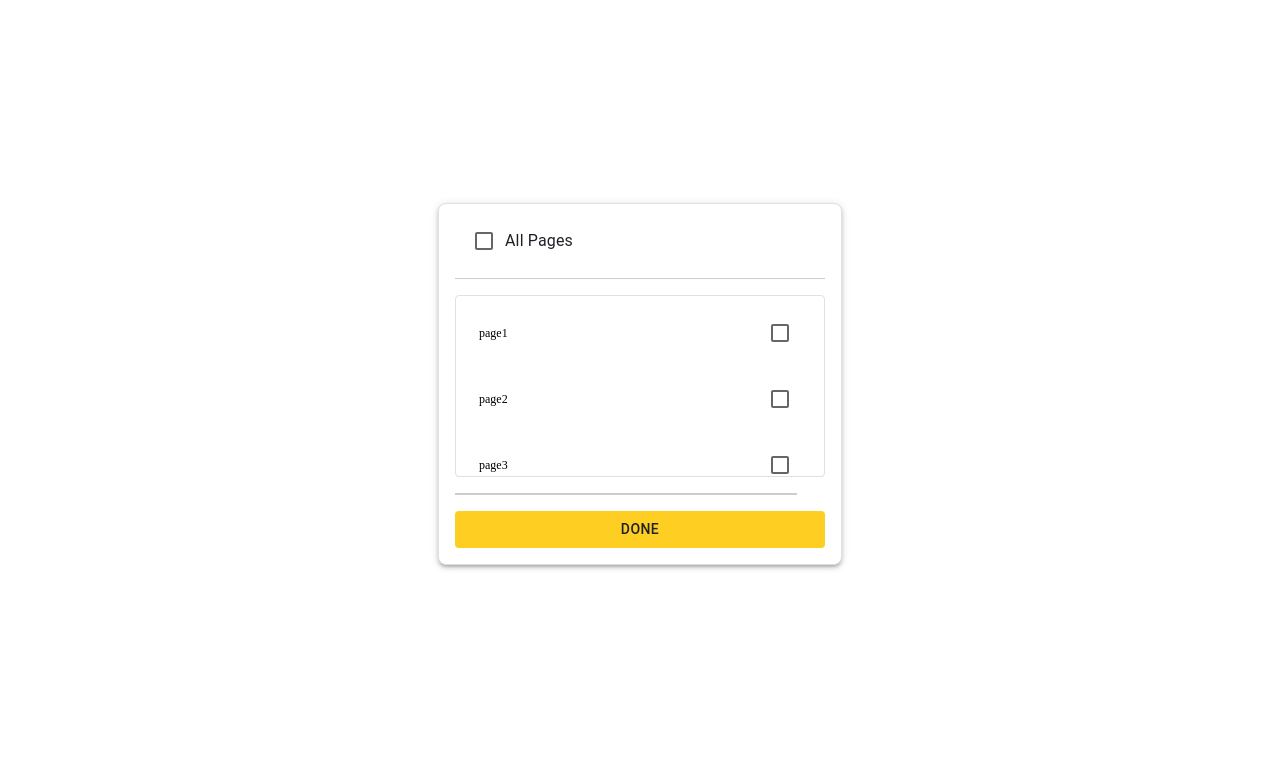
Repository: Tabishhaider72/Ellty-Test
Page: /
An editor plug-in stored every save of this project. The page is shown before and after the next save, followed by the edit.
The browser window is 1280 px wide. The pictures show the whole page.
The project was rebuilt for these pictures with package versions that can differ from the ones it lists, and the page was loaded fresh each time. Also part of the build but not shown: vite.config.js, src/index.css.

Above is the page before, as saved 2024-08-28 15:27:27.

After the next save:
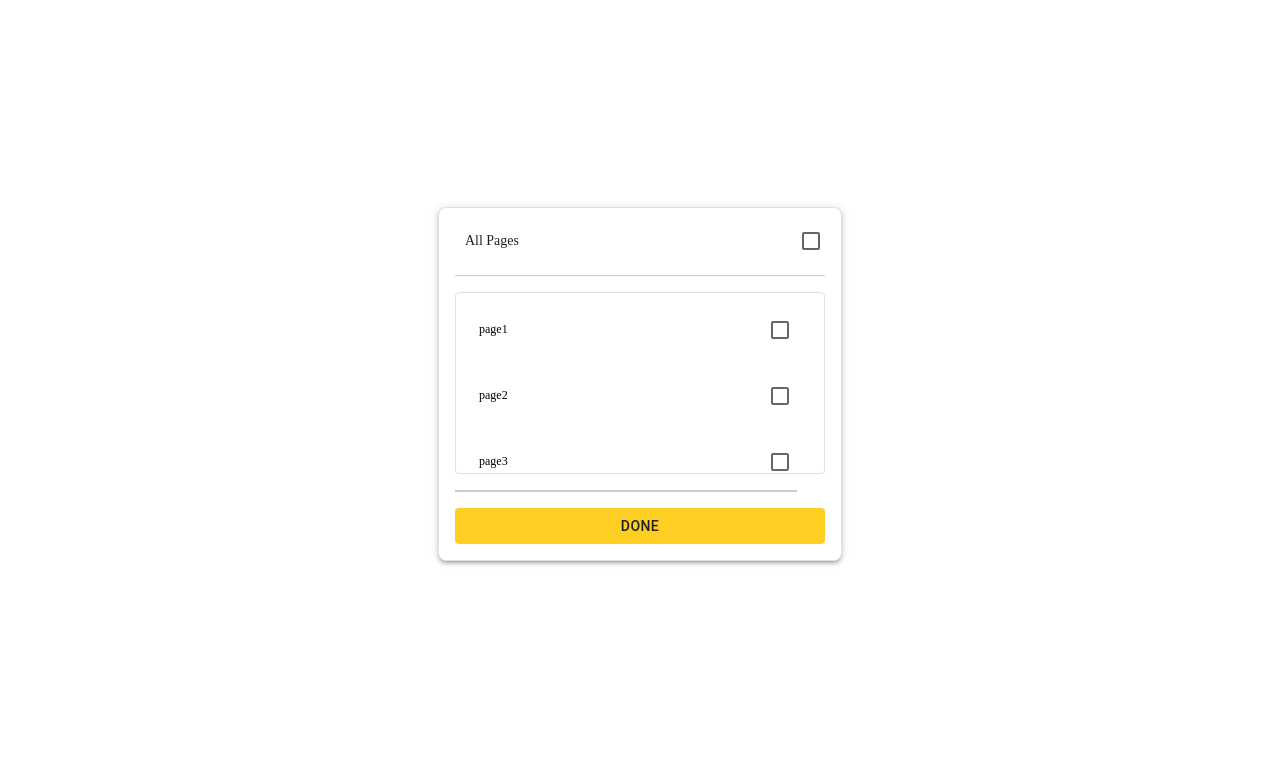
Saved 92 s later.
--- a/src/App.jsx
+++ b/src/App.jsx
@@ -21,7 +21,6 @@
       page2: newCheckedStatus,
       page3: newCheckedStatus,
       page4: newCheckedStatus,
-
     });
   };
 
@@ -54,35 +53,54 @@
           flexDirection: 'column',
         }}
       >
+        {/* Align "All Pages" to the right */}
         <Box
           sx={{
             display: 'flex',
             justifyContent: 'space-between',
             alignItems: 'center',
             mb: 2,
+            width: '100%',
           }}
         >
           <Box sx={{ flex: 1 }}>
-            <FormControlLabel
-              control={
-                <Checkbox
-                  checked={allChecked}
-                  onChange={handleAllCheck}
-                  color="primary"
-                />
-              }
-              label="All Pages"
+            <Box
               sx={{
+                width: 64,
+                height: 18,
                 fontFamily: 'Montserrat',
+                fontStyle: 'normal',
                 fontWeight: 400,
-                fontSize: '12px', // Smaller font size
+                fontSize: '14px',
+                lineHeight: '18px',
                 color: '#1F2128',
+                display: 'flex',
+                alignItems: 'center',
+                justifyContent: 'flex-end',
                 margin: 0,
-                ml: 1,
               }}
-            />
+            >
+              All Pages
+            </Box>
           </Box>
+          <FormControlLabel
+            control={
+              <Checkbox
+                checked={allChecked}
+                onChange={handleAllCheck}
+                color="primary"
+              />
+            }
+            label=""
+            sx={{
+              width: 35,
+              height: 35,
+              margin: 0,
+              ml: 2,
+            }}
+          />
         </Box>
+
         <Box
           sx={{
             width: '100%',
@@ -90,6 +108,7 @@
             mb: 2,
           }}
         />
+
         <Box
           sx={{
             overflowY: 'auto',
@@ -111,7 +130,7 @@
                 p: '8px 15px',
                 mb: 1,
                 backgroundColor: 'white',
-                fontSize: '12px', // Smaller font size
+                fontSize: '12px',
               }}
             >
               <Box sx={{ flex: 1 }}>{page}</Box>
@@ -123,7 +142,7 @@
             </Box>
           ))}
         </Box>
-        {/* Added line */}
+
         <Box
           sx={{
             width: 340,
@@ -135,6 +154,7 @@
             flexGrow: 0,
           }}
         />
+
         <Box sx={{ mt: 'auto' }}>
           <Button
             variant="contained"

After the save that followed:
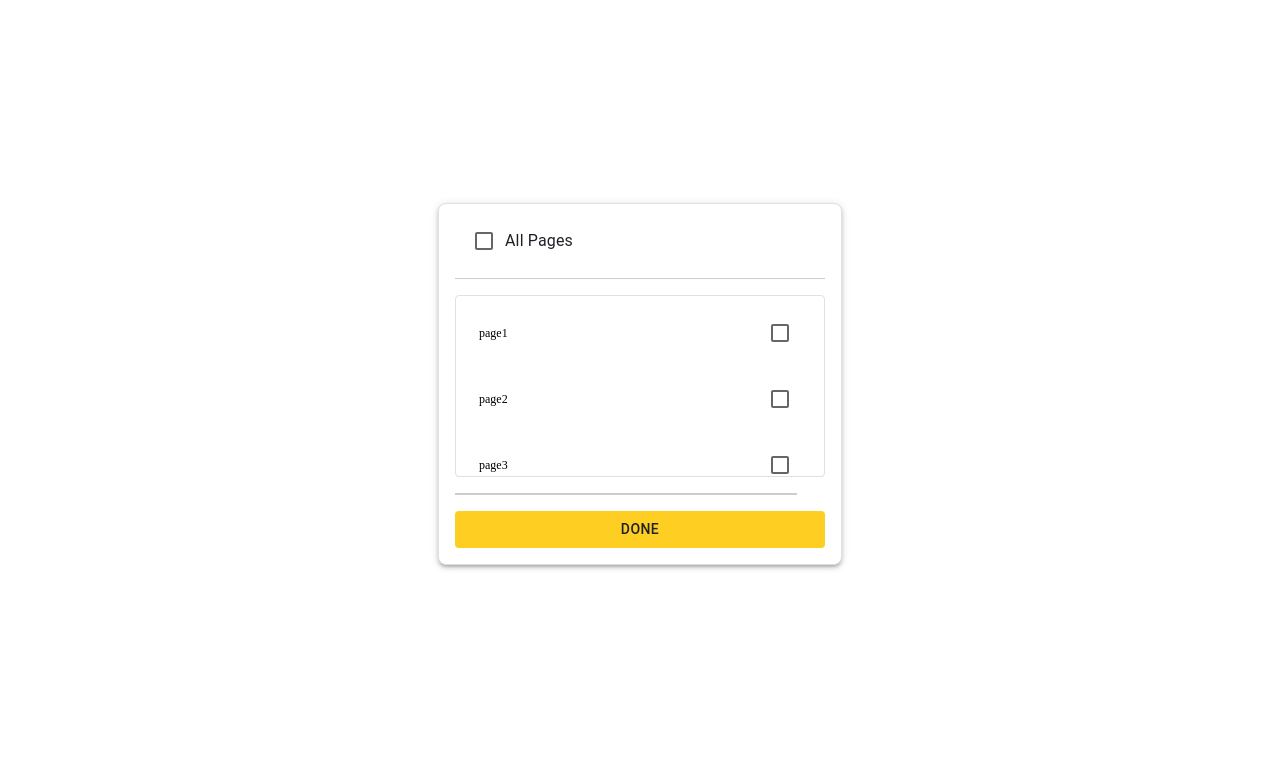
Saved 18 s later.
--- a/src/App.jsx
+++ b/src/App.jsx
@@ -21,6 +21,7 @@
       page2: newCheckedStatus,
       page3: newCheckedStatus,
       page4: newCheckedStatus,
+
     });
   };
 
@@ -53,54 +54,35 @@
           flexDirection: 'column',
         }}
       >
-        {/* Align "All Pages" to the right */}
         <Box
           sx={{
             display: 'flex',
             justifyContent: 'space-between',
             alignItems: 'center',
             mb: 2,
-            width: '100%',
           }}
         >
           <Box sx={{ flex: 1 }}>
-            <Box
+            <FormControlLabel
+              control={
+                <Checkbox
+                  checked={allChecked}
+                  onChange={handleAllCheck}
+                  color="primary"
+                />
+              }
+              label="All Pages"
               sx={{
-                width: 64,
-                height: 18,
                 fontFamily: 'Montserrat',
-                fontStyle: 'normal',
                 fontWeight: 400,
-                fontSize: '14px',
-                lineHeight: '18px',
+                fontSize: '12px', // Smaller font size
                 color: '#1F2128',
-                display: 'flex',
-                alignItems: 'center',
-                justifyContent: 'flex-end',
                 margin: 0,
+                ml: 1,
               }}
-            >
-              All Pages
-            </Box>
+            />
           </Box>
-          <FormControlLabel
-            control={
-              <Checkbox
-                checked={allChecked}
-                onChange={handleAllCheck}
-                color="primary"
-              />
-            }
-            label=""
-            sx={{
-              width: 35,
-              height: 35,
-              margin: 0,
-              ml: 2,
-            }}
-          />
         </Box>
-
         <Box
           sx={{
             width: '100%',
@@ -108,7 +90,6 @@
             mb: 2,
           }}
         />
-
         <Box
           sx={{
             overflowY: 'auto',
@@ -130,7 +111,7 @@
                 p: '8px 15px',
                 mb: 1,
                 backgroundColor: 'white',
-                fontSize: '12px',
+                fontSize: '12px', // Smaller font size
               }}
             >
               <Box sx={{ flex: 1 }}>{page}</Box>
@@ -142,7 +123,7 @@
             </Box>
           ))}
         </Box>
-
+        {/* Added line */}
         <Box
           sx={{
             width: 340,
@@ -154,7 +135,6 @@
             flexGrow: 0,
           }}
         />
-
         <Box sx={{ mt: 'auto' }}>
           <Button
             variant="contained"
